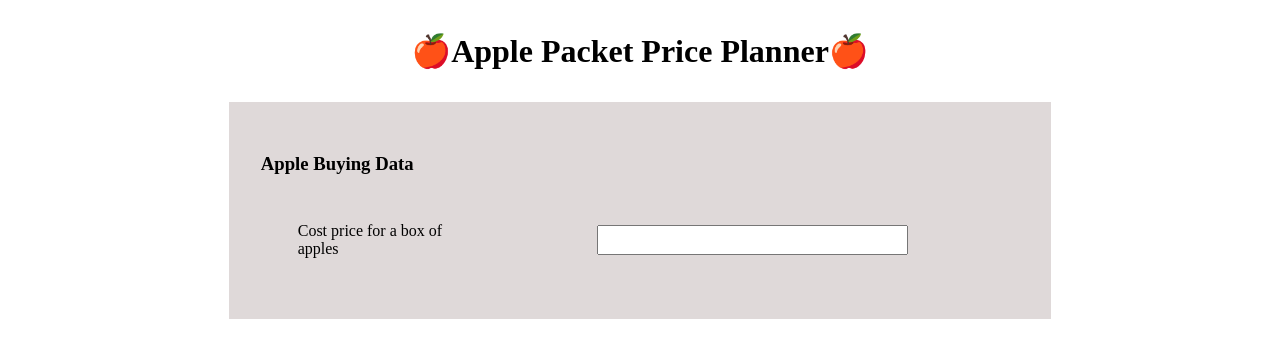
Repository: lasity34/apple-packet-price-planner
Page: index.html
These files come from the project's save history. The page is drawn as it stood at one moment and after the next save; the edit follows.
The browser window is 1280 px wide. The pictures show the whole page.

Above is the page before, as saved 2023-05-29 09:37:24.

After the next save:
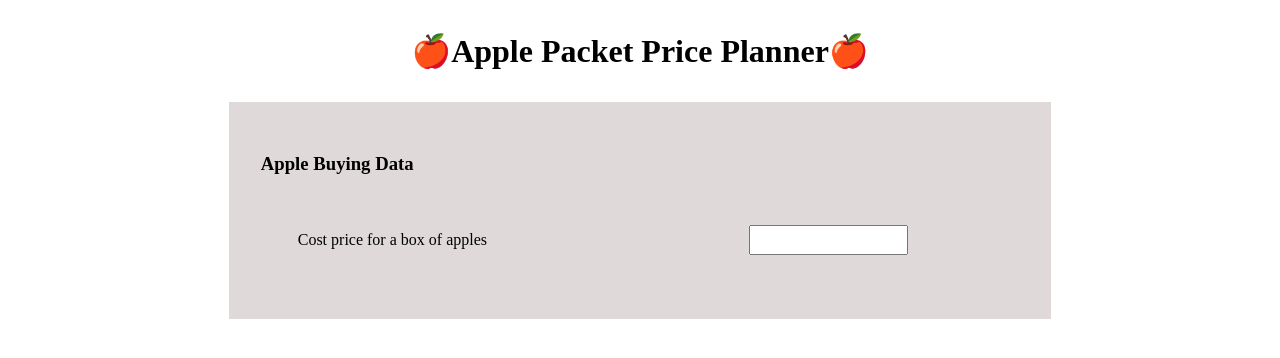
Saved 7 s later.
--- a/style.css
+++ b/style.css
@@ -22,10 +22,10 @@ main {
 }
 
 .input_container input {
-    width: 40%;
+    width: 20%;
 }
 
 .input_container label {
-    width: 20%;
+    width: 40%;
    align-self: center;
 }
